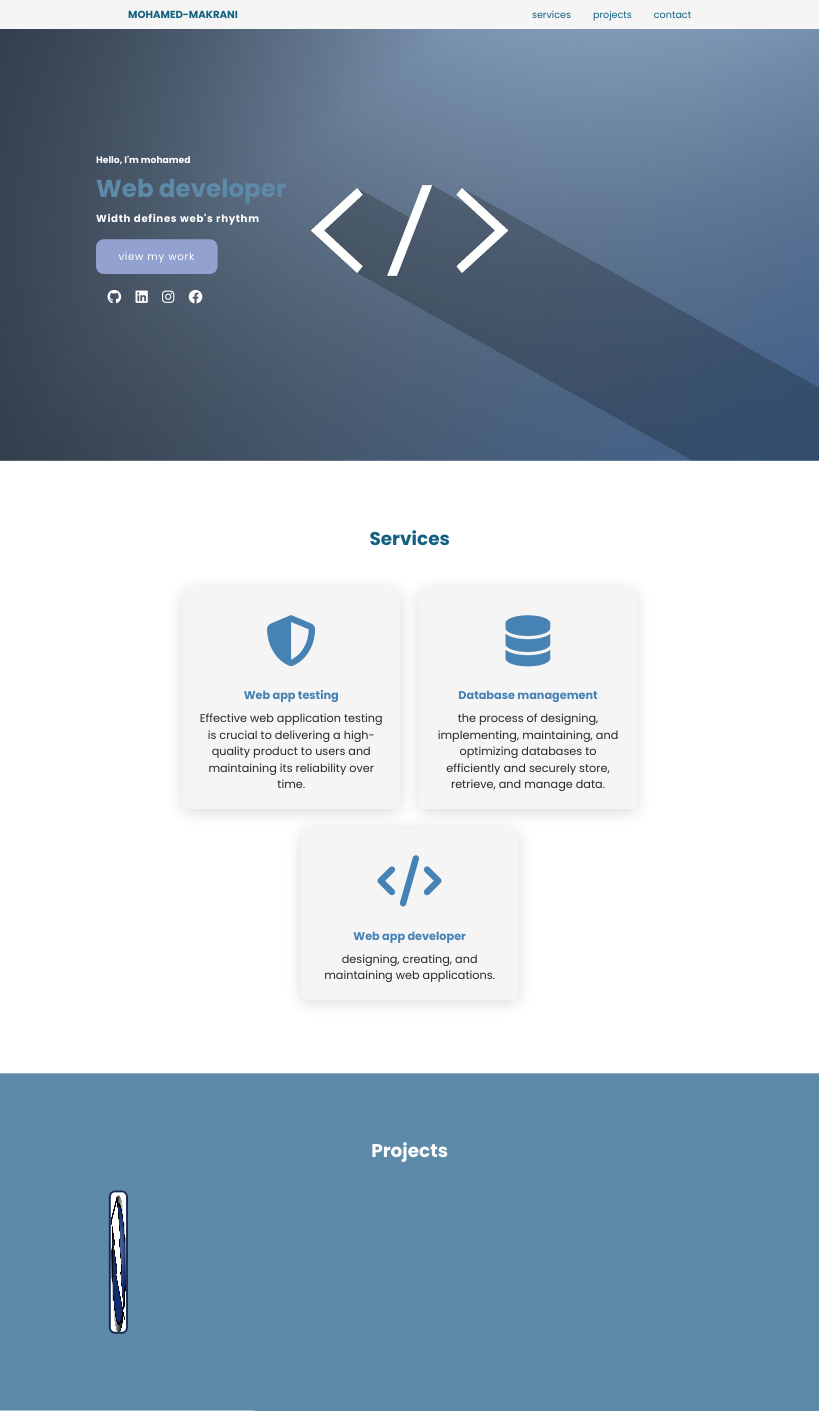
Repository: mohamed-makrani/Portfolio
Page: indixe.html
The author's editor kept a copy of each file at every save. The page is drawn from the files as they stood at one save, then again after the next save.
The browser window is 1280 px wide. The pictures show the whole page, at 64% of full size.
Backgrounds fixed to the window are drawn as part of the page.

Above is the page before, as saved 2023-09-16 23:50:20.

### indixe.html
<!DOCTYPE html>
<html lang="en">
<head>
    <meta charset="UTF-8">
    <meta name="descreption" content="makrani-mohamed/portfilio"/>
    <title>Mohamed-makrani</title>
    <link rel="stylesheet" href="https://cdnjs.cloudflare.com/ajax/libs/font-awesome/6.4.2/css/all.min.css"/>
    <link  rel="stylesheet" href="style.css" />
</head>
<body>
    <header>
        <a class="logo" href="#logo" >Mohamed-makrani</a>
        <nav class="navigation">
            <a href="#services" >services</a>
            <a href="#projects" > projects</a>
            <a href="#"> contact </a>

        </nav>
    </header>
    <section class="main" id="logo">
        <div>
            <h6>Hello, I'm mohamed </h6>
            <h1>Web developer</h1>
            <h4>Width defines web's rhythm</h4>
        <a href="#" class="main-button">view my work</a>
        <div class="social-media">
            <a href="#" ><i class="fa-brands fa-github"></i></a>
            <a href="#" ><i class="fa-brands fa-linkedin"></i></a>
            <a href="#"><i class="fa-brands fa-instagram"></i></a>
            <a href="#"><i class="fa-brands fa-facebook"></i></a>
        </div>
        </div>
    </section>

    <section class="cards" id="services" >
        <h2 class="title">Services</h2>
        <div class="content" >
            <div class="card">
                <div class="icon"><i class="fa-solid fa-shield-halved"></i></div>
                <div class="info">
                    <h2>Web app testing</h2>
                    <p>Effective web application testing is crucial to delivering a high-quality product to users and maintaining its reliability over time.</p>
                </div>
            </div>
            <div class="card">
                <div class="icon"><i class="fa-solid fa-database"></i></div>
                <div class="info">
                    <h2>Database management</h2>
                    <p>the process of designing, implementing, maintaining, and optimizing databases to efficiently and securely store, retrieve, and manage data.</p>
                </div>
            </div>
            <div class="card">
                <div class="icon"><i class="fa-solid fa-code"></i></div>
                <div class="info">
                    <h2>Web app developer</h2>
                    <p> designing, creating, and maintaining web applications.</p>
                </div>

            </div>

        </div>
    </section>
        <section class="Projects" id="projects">
            <h2 class="projec-title">Projects</h2>
            <div class="project-content">
                <div class="project-card">
                    <div class="image">
                        <img src="oo.jpg" />
                    </div>
                    <div class="project-info">
                        <strong class="project-title">Testing web applications</strong>
                        <p> testing web applications for security vulnerabilities. It helps identify and mitigate potential security risks in web applications</p>
                        <a href="" class="detaile" >More detaile</a>

                    </div>
                </div>
                <!--<div class="project-card">
                    <div class="image">
                        <img src="" />
                    </div>
                    <div class="project-info">
                        <strong class="project-title"></strong>
                        <p></p>
                        <a href="" class="detaile">More detaile</a>
                    </div>

                </div>-->

                <!--<div class="project-card">
                    <div class="image">
                        <img src="" />
                    </div>
                    <div class="project-info">
                        <strong class="project-title"></strong>
                        <p></p>
                        <a href="" class="detaile">More detaile</a>
                    </div>
                </div>-->






            </div>







        </section>








</body>
</html>

### style.css
@import url('https://fonts.googleapis.com/css2?family=Poppins:ital,wght@0,200;0,300;0,400;0,500;0,600;0,700;0,800;0,900;1,100;1,200;1,300;1,400;1,500;1,600;1,700;1,800;1,900&display=swap');

*{

    font-family: 'Poppins', sans-serif;
    margin: 0;
    padding: 0;
    box-sizing: border-box;
    scroll-behavior: smooth;
}
 header{

    background-color: #f5f5f5;
    width: 100%;
    position: fixed;
    display: flex;
    z-index: 999;
    justify-content: space-between;
    align-items: center;
    padding: 10px 200px;

 }
 .logo {
    /* default is 16 px */

    text-decoration: none;
    font-size: 16px;
    color: #126180;
    text-transform: uppercase;
    font-weight: 700;
 }
 .navigation a{
    color: #126180;
    font-size: 15px;
    font-weight: 600px;
    text-decoration: none;
    padding-left:  30px;

 }
.navigation a:hover {

color: rgb(83, 15, 146);
}
 section {

   padding: 100px 150px;
 }
 .main{

   width: 100%;
   min-height: 100vh;
   display: flex;
   align-items: center;
   background:url(backround.jpg) no-repeat;
   background-size: cover;
   background-position:center ;
   background-attachment: fixed;

 }
 .main h6 {

   color: white;
   font-weight:500px ;
   font-size: 0.9em;


 }

 .main h1 {

   color:#5d8aa8 ;
   font-size: 2.4em;
   font-weight: 500px;
   margin-top: 6px;
 }
 .main h4 {

   color: white;
   font-size: 1em;
   font-weight: 500px;
   margin-top: 6px;
   margin-bottom: 20px;
   letter-spacing:1px;
 }
.main-button {

color : white;
text-decoration: none;
background-color: #92a1cf;
letter-spacing : 1px;
font-size: 1em;
font-weight: 600px;
display: inline-block;
padding: 0.935em 2.187em;
border-radius: 12px;
margin-bottom: 20px;
transition: 0.7s ease;

}
.main-button :hover{
   background-color:#545aa7;
   transform: scale(1.1);
}
.social-media a{

   color: white;
   font-size: 22px;
   padding-left: 18px;

}

.title {

   display: flex;
   justify-content: center;
   color:#126180;
   font-size:1.8em ;
   font-weight: 700px;
   margin-bottom: 40px;
}
.content{
   display: flex;
   justify-content: center;
   flex-direction: row;
   flex-wrap: wrap;
}
.card {
   background-color:#f5f5f5;
   width:21.25em;
   box-shadow: 0 5px 25px rgba(1 1 1 /15%);
    border-radius: 10px;
    padding: 25px;
    margin: 15px;
    transition: 0.4s ease;
}
.card:hover {
   transform: scale(1.1);
}
.icon {
   color: #4682b4;
   text-align: center;
   font-size: 5em;
}
.info h2 {

   color:#4682b4 ;
   text-align: center;
   font-size:1.1em;
   font-weight: 700px;
   margin:10px ;

}
.info p {

   text-align: center;
   font-size:1.1em ;
   font-weight:500px ;
   color :rgb(39, 37, 37);


}
.Projects{
   background-color: #5d8aa8;
}
.projec-title{

   display: flex;
   justify-content: center;
   color: white;
   font-size:1.8em ;
   font-weight:700 ;
   margin-bottom: 40px;

}
/*.project-content{

   display: flex;
   justify-content: center;
   flex-direction: row;
   flex-wrap: wrap;
}*/
.project-card{
   background-color: white;
   border: 3px solid #1d2951;
   height: 14em;
   width: 30px;
   overflow: hidden;
   border-radius: 10px;
   margin: 20px;
   transition: 0.5s ease;
}
.project-card:hover{
   transform : scale(1.1);

}
.image img{
   width: 100%;
   height:14em;
}

After the next save:
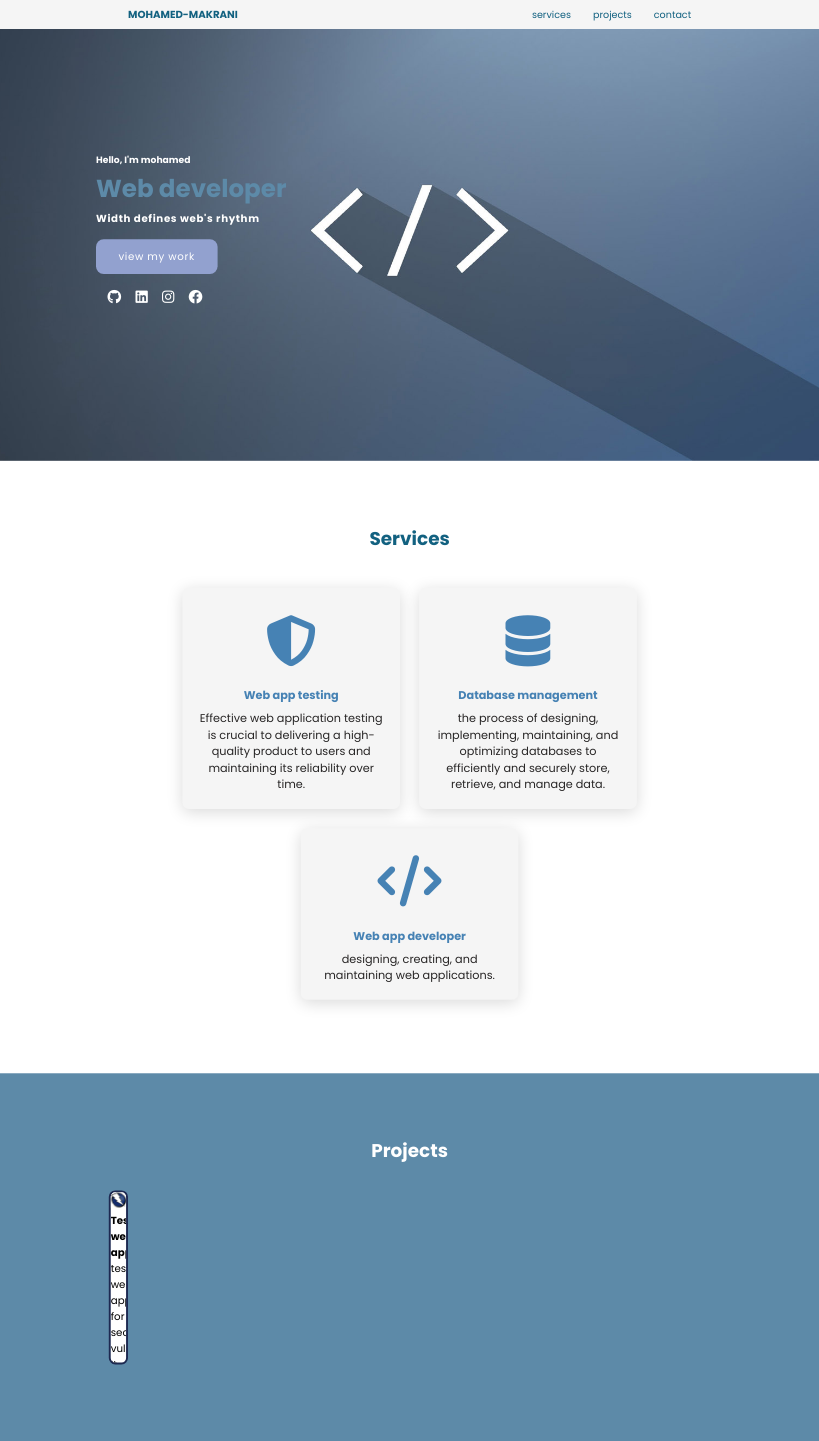
Saved 23 s later.
--- a/style.css
+++ b/style.css
@@ -182,7 +182,7 @@ transition: 0.7s ease;
 .project-card{
    background-color: white;
    border: 3px solid #1d2951;
-   height: 14em;
+   height: 17em;
    width: 30px;
    overflow: hidden;
    border-radius: 10px;
@@ -195,5 +195,4 @@ transition: 0.7s ease;
 }
 .image img{
    width: 100%;
-   height:14em;
 }
